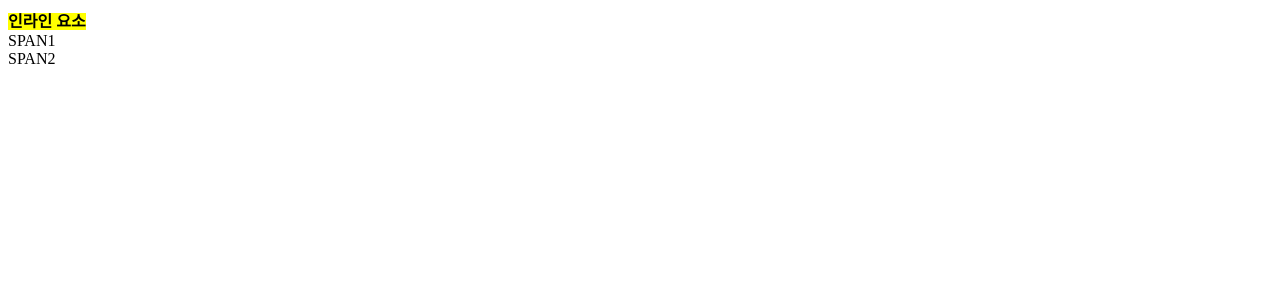
Repository: guswnsdldl/gb
Page: html workspace/g_display/src/main/webapp/inline.html
An editor plug-in stored every save of this project. The page is shown before and after the next save, followed by the edit.
The browser window is 1280 px wide. The pictures show the whole page.

Above is the page before, as saved 2024-08-06 05:11:59.

### html workspace/g_display/src/main/webapp/inline.html
<!DOCTYPE html>
<html>
<head>
<meta charset="UTF-8">
<title>인라인 요소</title>
</head>
<body>

<strong style="background-color: yellow; width:300px; height:300px; ">인라인 요소</strong><br>
<span style="margin-bottom: 50px;">SPAN1</span><br>
<span>SPAN2</span><br>

</body>
</html>

After the next save:
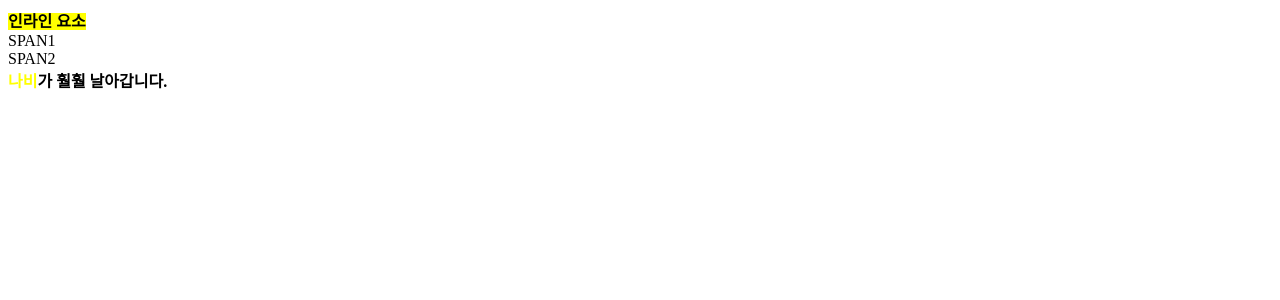
Saved 13 s later.
--- a/html workspace/g_display/src/main/webapp/inline.html
+++ b/html workspace/g_display/src/main/webapp/inline.html
@@ -5,10 +5,9 @@
 <title>인라인 요소</title>
 </head>
 <body>
-
-<strong style="background-color: yellow; width:300px; height:300px; ">인라인 요소</strong><br>
-<span style="margin-bottom: 50px;">SPAN1</span><br>
-<span>SPAN2</span><br>
-
+   <strong style="background-color: yellow; width:300px; height: 300px;">인라인 요소</strong><br>
+   <span style="margin-bottom: 50px;">SPAN1</span><br>
+   <span style="padding-top: 100px;">SPAN2</span><br>
+   <strong><span style="color: yellow;">나비</span>가 훨훨 날아갑니다.</strong>
 </body>
 </html>
